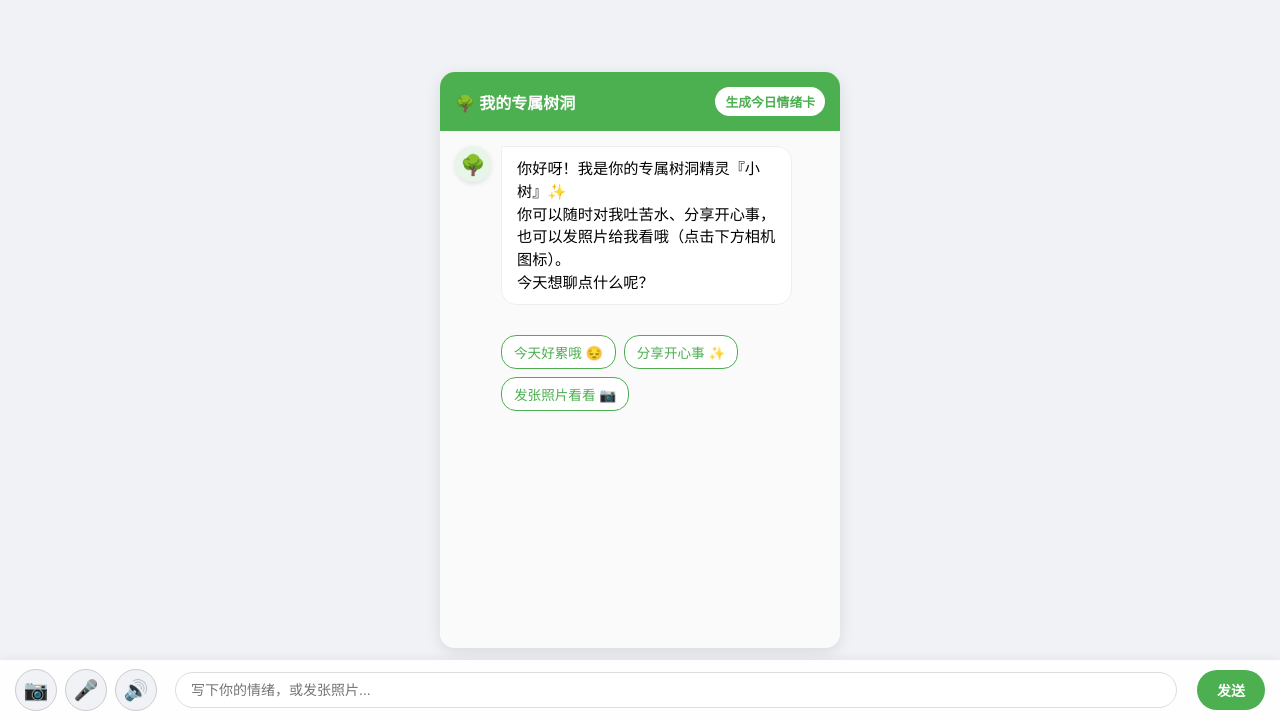
Repository: QinghuaSun1127/Tree_house
Page: index.html
An editor plug-in stored every save of this project. The page is shown before and after the next save, followed by the edit.
The browser window is 1280 px wide. The pictures show the whole page.
Some web libraries are served in a nearby version.

Above is the page before, as saved 2026-04-10 14:10:22.

After the next save:
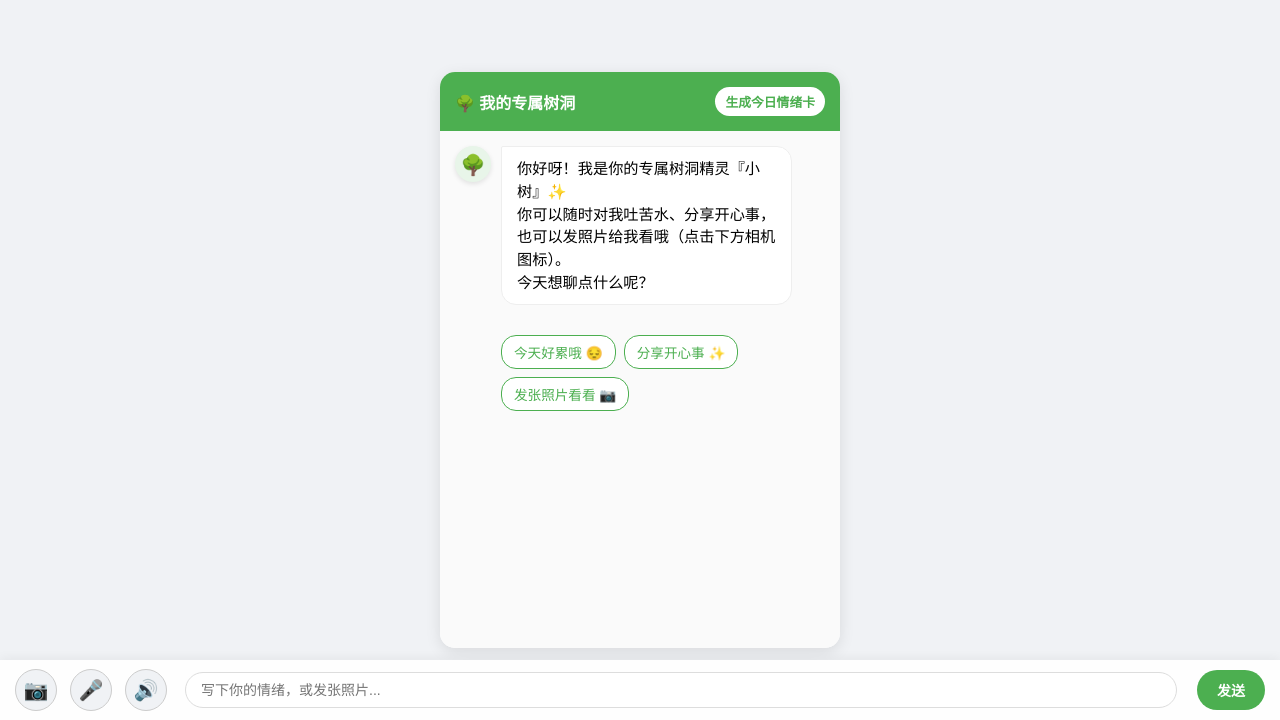
Saved 104 s later.
--- a/index.html
+++ b/index.html
@@ -368,13 +368,15 @@
         </div>
 
     <div class="input-area">
-        <input type="file" id="imageInput" accept="image/*" style="display: none;" onchange="previewImage()">
-        <button class="upload-btn" onclick="document.getElementById('imageInput').click()">📷</button>
-        <button class="upload-btn" id="micBtn" onclick="toggleVoice()" title="点击开始/停止说话">🎤</button>
-
-        <button class="upload-btn" id="speakerBtn" onclick="toggleVoiceOutput()" title="开启/关闭语音播报">🔊</button>
+        <div class="upload-btn-group">
+            <input type="file" id="imageInput" accept="image/*" style="display: none;" onchange="previewImage()">
+            <button class="upload-btn" onclick="document.getElementById('imageInput').click()">📷</button>
+            <button class="upload-btn" id="micBtn" onclick="toggleVoice()">🎤</button>
+            <button class="upload-btn" id="speakerBtn" onclick="toggleVoiceOutput()">🔊</button>
+        </div>
 
         <input type="text" id="userInput" placeholder="写下你的情绪，或发张照片..." onkeypress="handleKeyPress(event)">
+
         <button class="send-btn" onclick="sendMessage()">发送</button>
     </div>
     </div>
